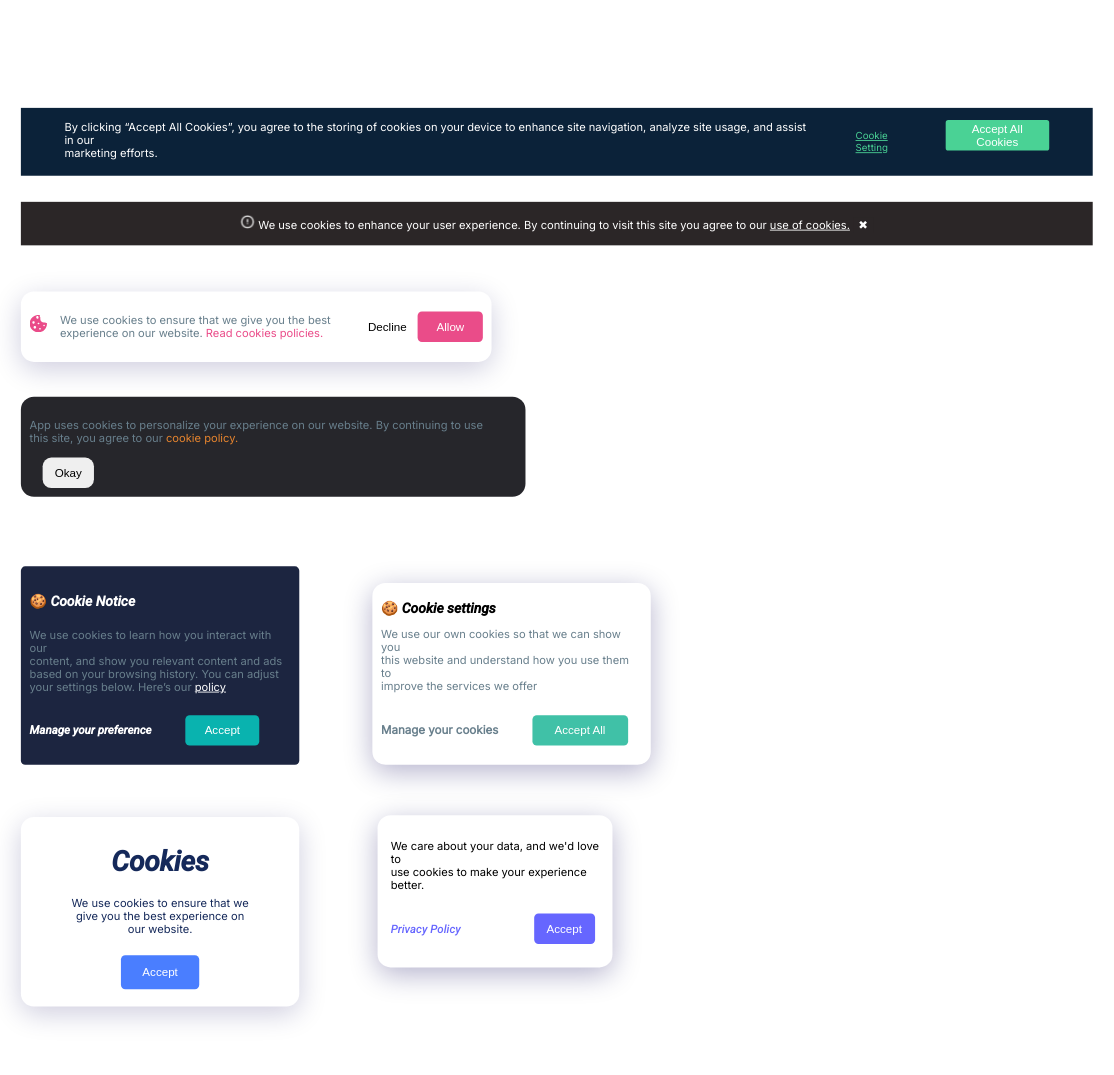
Repository: batonAnton/cursor_cookies_lectr3
Page: index.html
The author's editor kept a copy of each file at every save. The page is drawn from the files as they stood at one save, then again after the next save.
The browser window is 1280 px wide. The pictures show the whole page, at 87% of full size.

Above is the page before, as saved 2022-06-09 12:43:22.

After the next save:
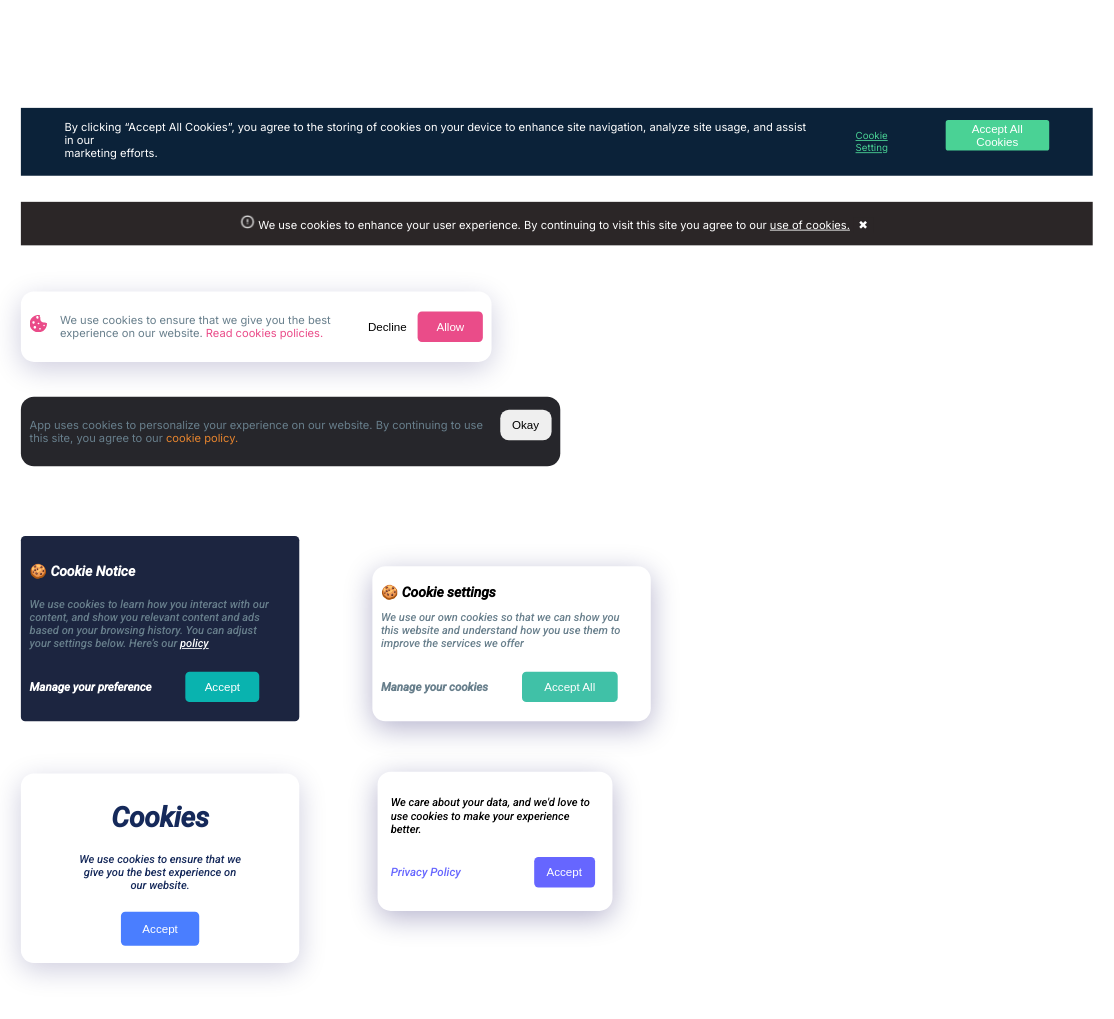
Saved 5 min 7 s later.
--- a/css/style.css
+++ b/css/style.css
@@ -1,6 +1,7 @@
 body {
   margin: 124px 24px;
   font-family: "Roboto", sans-serif;
+  font-weight: 400;
 }
 p {
   font-size: 0.8rem;
@@ -113,7 +114,7 @@ p {
   border-radius: 15px;
   padding: 10px;
   display: block;
-  width: 560px;
+  width: 600px;
   margin-bottom: 70px;
 }
 
@@ -193,7 +194,6 @@ h5 {
 .banner_6 h5,
 p {
   color: #687f8c;
-  font-family:  'Inter'; ;
 }
 
 .banner_7 {
